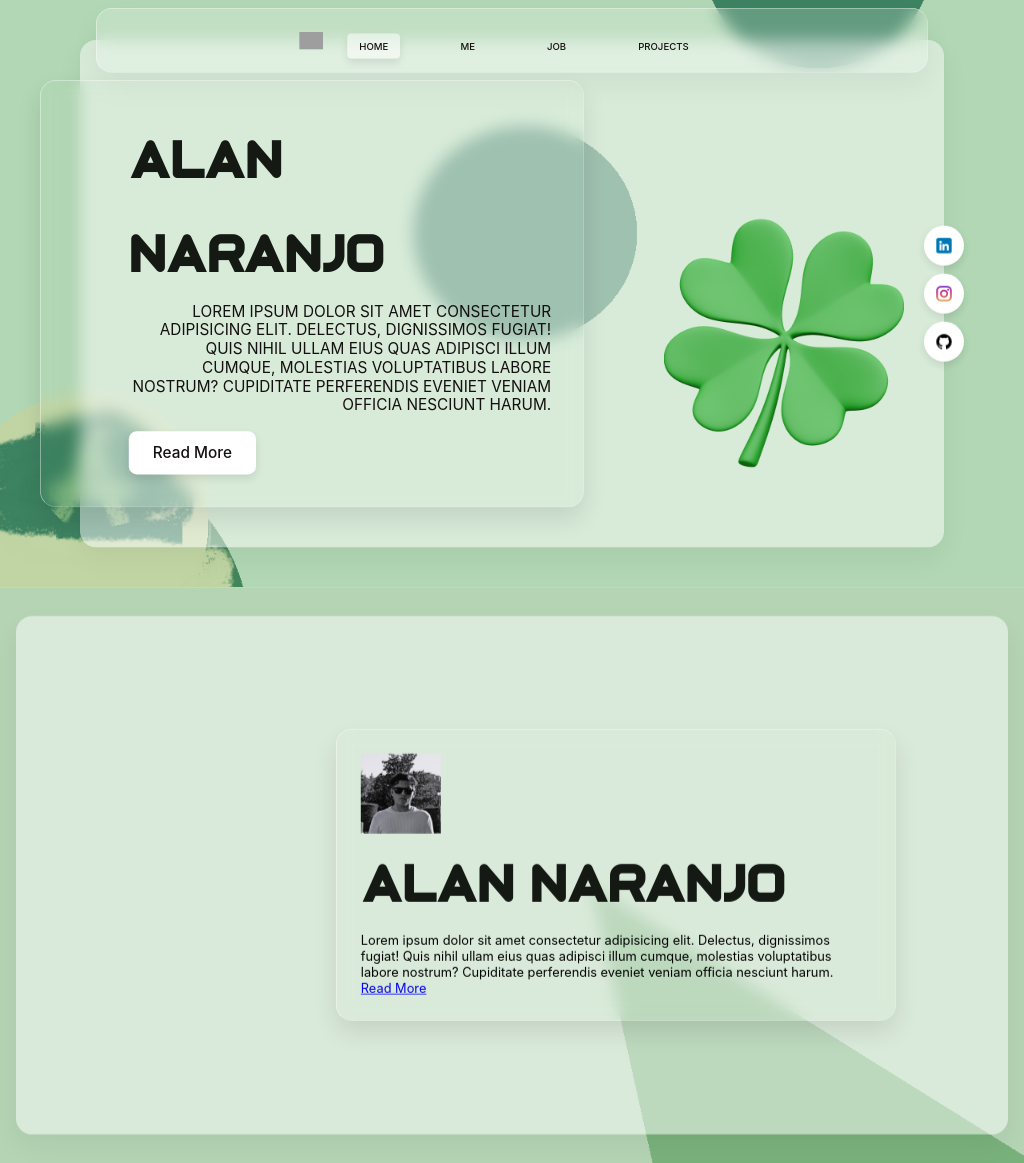
Repository: L-A-M-J-O/Me-sitio-Web
Page: / (app in my-project/)
An editor plug-in stored every save of this project. The page is shown before and after a run of saves, followed by the edit.
The browser window is 1280 px wide. The pictures show the whole page, at 80% of full size.
Pictures or frames that could not be fetched are drawn as grey boxes. Backgrounds fixed to the window are drawn as part of the page. The project was rebuilt for these pictures with package versions that can differ from the ones it lists, and the page was loaded fresh each time.

Above is the page before, as saved 2022-09-20 16:14:54.

After the next 2 saves:
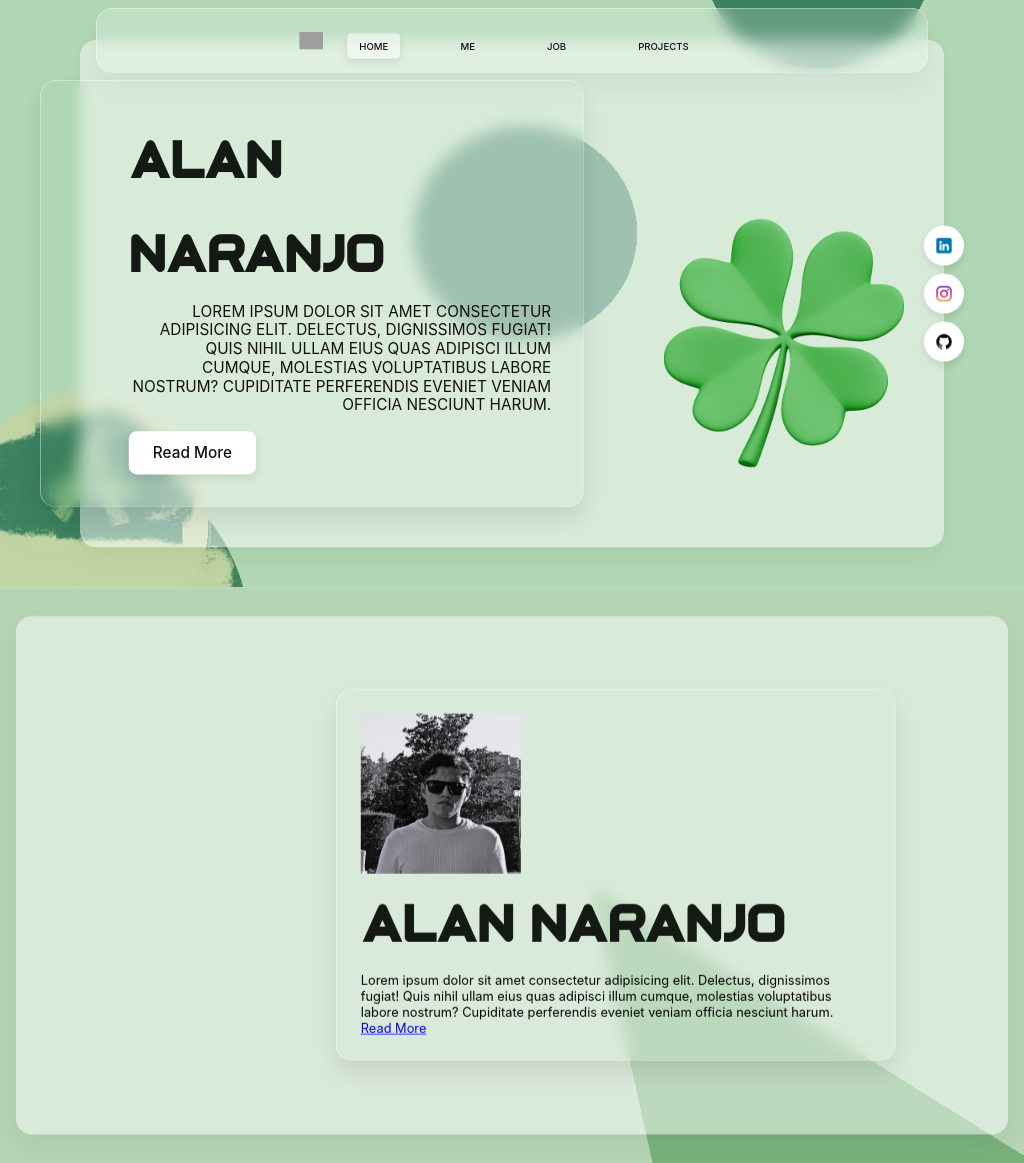
The 2 saves are shown as one change because they came seconds apart.
The last was saved 30 s later.
--- a/my-project/src/components/Me/Me.css
+++ b/my-project/src/components/Me/Me.css
@@ -40,8 +40,8 @@
 }
 
 .content-me img {
-    width: 100px;
-    height: 100px;
+    width: 200px;
+    height: 200px;
     object-fit: cover;
 }
 .content-me h2 {
